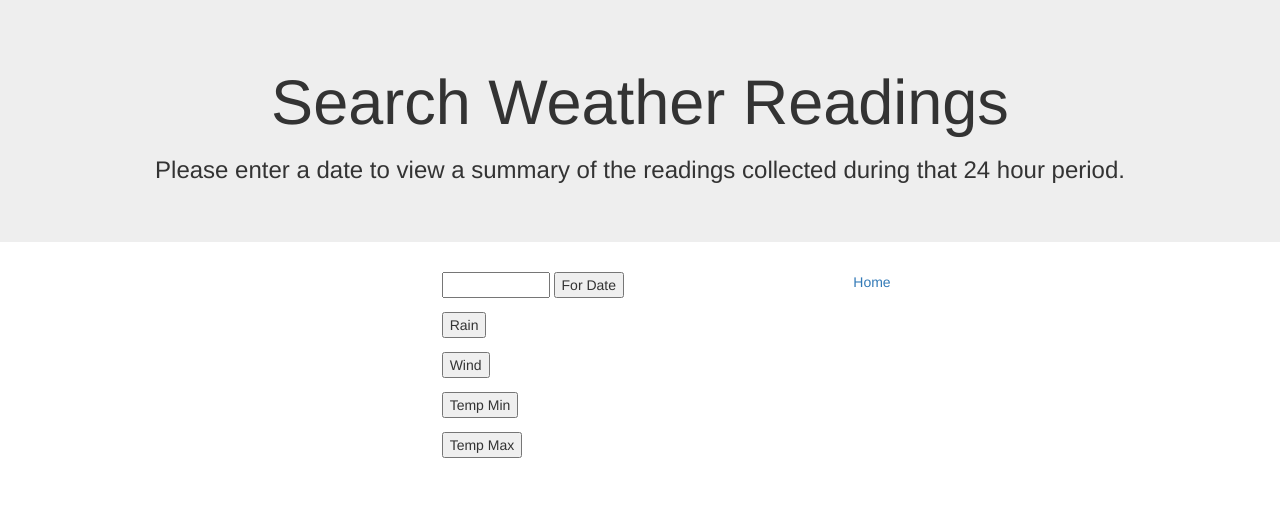
Repository: kralin27/ILC
Page: http://localhost/TESCWeather/WEB-INF/jsp/Search.jsp
The author's editor kept a copy of each file at every save. The page is drawn from the files as they stood at one save, then again after the next save.
The browser window is 1280 px wide. The pictures show the whole page.
The page is served by Tomcat 9. Nobody is signed in. Other server files are loaded and not shown. The template is opened directly, without the code that normally fills it, so the values that code supplies are empty.

Above is the page before, as saved 2016-12-13 01:52:59.

### TESCWeather/src/main/webapp/WEB-INF/jsp/Search.jsp
<%@ taglib prefix="c" uri="http://java.sun.com/jsp/jstl/core"%>
<%@ taglib prefix="spring" uri="http://www.springframework.org/tags"%>

<html>
<head lang="en">
     <head>
          <meta charset="utf-8">
          <meta http-equiv="X-UA-Compatible" content="IE=edge">
          <meta name="viewport" content="width=device-width, initial-scale=1">
    <title>Search</title>
        <link rel="stylesheet" href="https://maxcdn.bootstrapcdn.com/bootstrap/3.3.5/css/bootstrap.min.css">

</head>
<body>

<div class="jumbotron">
                  <h1 align="center">Search Weather Readings</h2>
                  <h3 align="center">Please enter a date to view a summary of the readings collected during that 24 hour period.</h3>
</div>

		<a href=" <spring:url value="/" /> "> Home </a>

<div class="col-md-4 col-md-offset-4">


<form method="GET" action=" <spring:url value="/WeatherReadings/Date" />">
	<input type="text" name="date" size="10">

	<input type="submit" value="For Date">
</form>

<form method="GET" action=" <spring:url value="/WeatherReadings/Measure/Rain" />">
	<input type="submit" value="Rain">
</form>

<form method="GET" action=" <spring:url value="/WeatherReadings/Measure/Wind" />">
	<input type="submit" value="Wind">
</form>

<form method="GET" action=" <spring:url value="/WeatherReadings/Measure/TempMin" />">
	<input type="submit" value="Temp Min">
</form>

<form method="GET" action=" <spring:url value="/WeatherReadings/Measure/TempMax" />">
	<input type="submit" value="Temp Max">
</form>

<!-- <div class="col-md-4 col-md-offset-4"> -->

<!--           	<div class="input-group"> -->
<!--           		<span class="input-group-btn"> -->
<%--           			<button class="btn btn-large" type="button" action="<spring:url value="/WeatherReadings/Date" />">Go</button> --%>
<!--           		</span> -->
<!--           		<input type="text" class="form-control" placeholder="YYYY-MM-DD"> -->

<!--           	</div> -->
<%--           	<a href="<spring:url value="/Search" />" class="btn btn-large btn-info"> --%>
<!--           		<span class="glyphicon glyphicon-search"></span> Search </a>  -->
<%--           	<a class="btn btn-large btn-info" href="<spring:url value="/Search" />">Search</a> --%>
<%--           	<a class="btn btn-large btn-info" href="<spring:url value="/WeatherReadings/Measure/Rain" />">Rain</a> --%>
<%--           	<a class="btn btn-large btn-info" href="<spring:url value="/WeatherReadings/Measure/Wind" />">Wind</a> --%>
<%--           	<a class="btn btn-large btn-info" href="<spring:url value="/WeatherReadings/Measure/TempMin" />">Min Temp</a> --%>
<%--           	<a class="btn btn-large btn-info" href="<spring:url value="/WeatherReadings/Measure/TempMax" />">Max Temp</a> --%>



</div>


</body>
</html>

After the next save:
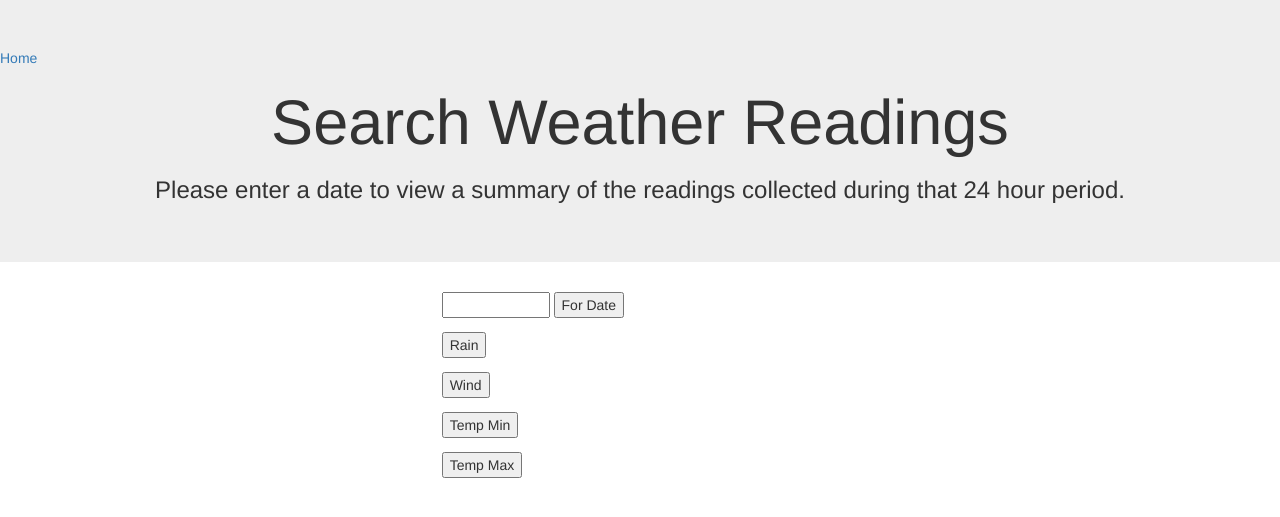
Saved 5 min 21 s later.
--- a/TESCWeather/src/main/webapp/WEB-INF/jsp/Search.jsp
+++ b/TESCWeather/src/main/webapp/WEB-INF/jsp/Search.jsp
@@ -14,11 +14,12 @@
 <body>
 
 <div class="jumbotron">
+		<a href=" <spring:url value="/" /> "> Home </a>
+
                   <h1 align="center">Search Weather Readings</h2>
                   <h3 align="center">Please enter a date to view a summary of the readings collected during that 24 hour period.</h3>
 </div>
 
-		<a href=" <spring:url value="/" /> "> Home </a>
 
 <div class="col-md-4 col-md-offset-4">
 
